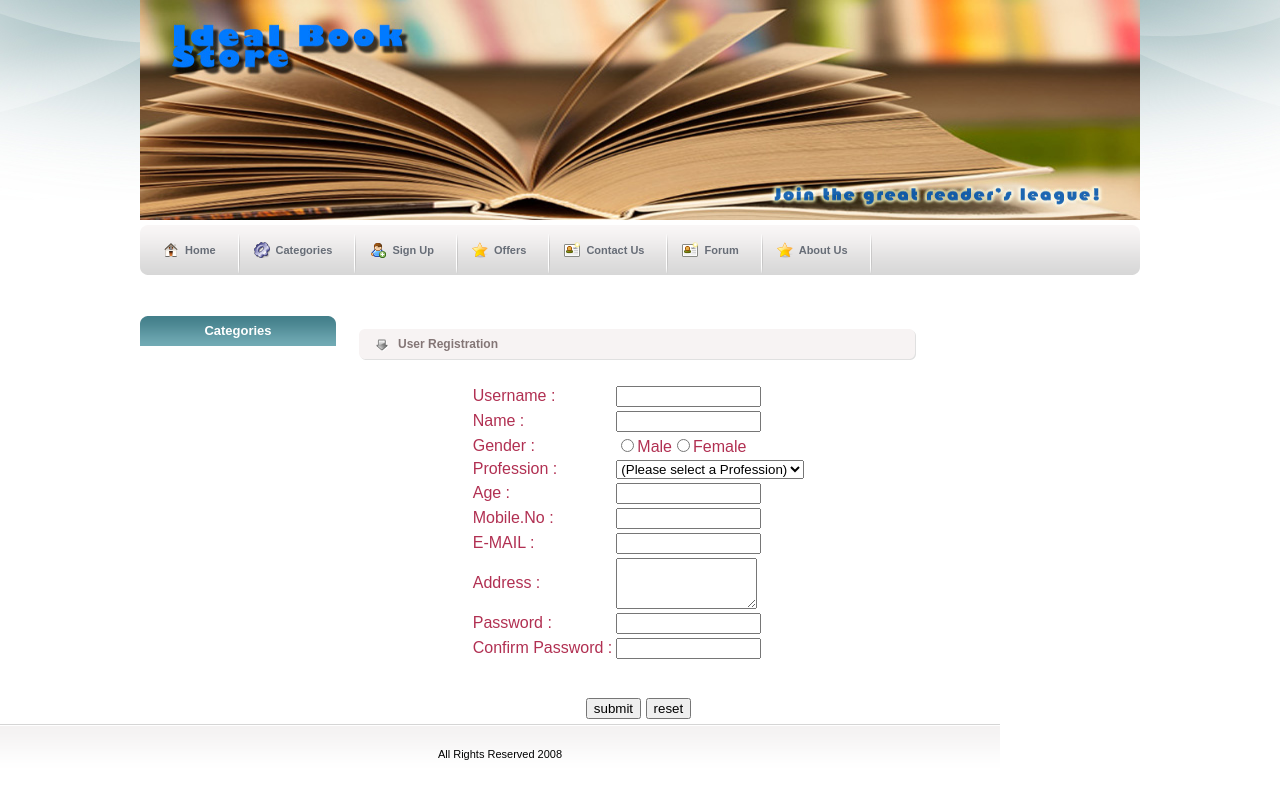
Repository: tusharjain887/Online-Book-Sales
Page: http://localhost/OnlineBook/registration.jsp
An editor plug-in stored every save of this project. The page is shown before and after the next save, followed by the edit.
The browser window is 1280 px wide. The pictures show the whole page.
The page is served by Tomcat 9. Queries for data that is not in the repository find no rows.

Above is the page before, as saved 2013-04-09 11:55:28.

After the next save:
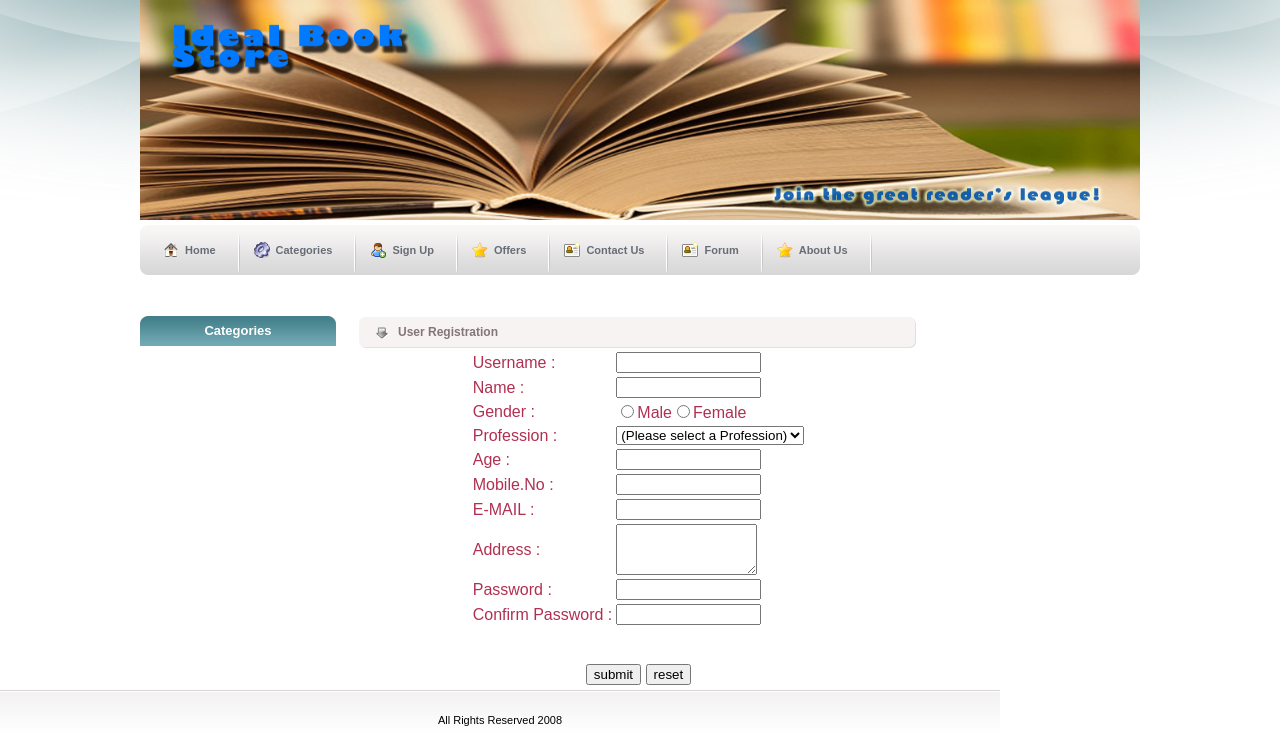
Saved 34 min 23 s later.
--- a/PROJECT/workspace/workspace/OnlineBook/WebContent/registration.jsp
+++ b/PROJECT/workspace/workspace/OnlineBook/WebContent/registration.jsp
@@ -242,9 +242,6 @@ return true;
       }
       %>
     </div>
-
-    <!-- end of left content -->
-     <br>
     </div>
     <!-- end of left content -->
     <div class="center_content">
@@ -253,7 +250,6 @@ return true;
       <form name="myForm" action="registration1.jsp" method="post" onsubmit="return formValidation()">
       <center>
 <table>
-<br><br>
 
 <h3>
 <tr>
